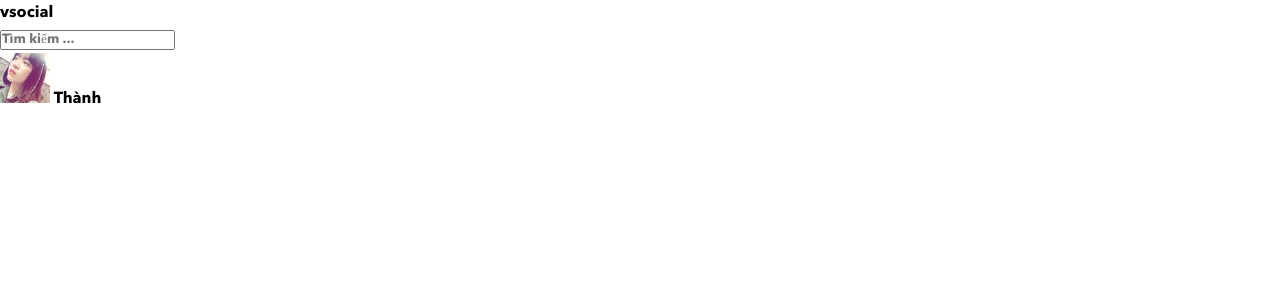
Repository: NHK1905/Social-project
Page: index.html
The author's editor kept a copy of each file at every save. The page is drawn from the files as they stood at one save, then again after the next save.
The browser window is 1280 px wide. The pictures show the whole page.

Above is the page before, as saved 2021-08-10 15:15:48.

### index.html
<!DOCTYPE html>
<html lang="en">
<head>
    <meta charset="UTF-8">
    <meta http-equiv="X-UA-Compatible" content="IE=edge">
    <meta name="viewport" content="width=device-width, initial-scale=1.0">
    <title>Social</title>
	<link rel="stylesheet" href="https://pro.fontawesome.com/releases/v5.15.3/css/all.css">
    <link rel="stylesheet" href="./main.css">
</head>
<body>
    <div class="app">
        <div class="header">
            <div class="header-nav">
                <div class="header-nav-brand">vsocial</div>
                <div class="header-nav-search">
                    <input type="text" class="header-nav-search-input" placeholder="Tìm kiếm ...">
                </div>
                <div class="header-nav-menu">
                    <div class="header-nav-menu-item menu-item-user">
                        <img src="./images/135564542_2954286254890951_3459403389545172640_n.jpeg" alt="" srcset="" class="header-nav-menu-item-img">
                        <span class="header-nav-menu-item-name"> Thành

                        </span>
                    </div>
                    <div class="header-nav-menu-item"></div>
                    <div class="header-nav-menu-item"></div>
                    <div class="header-nav-menu-item"></div>
                    <div class="header-nav-menu-item"></div>
                </div>
                <div class="header-nav-modal"></div>
            </div>
        </div>
        <div class="container"></div>
    </div>
</body>
</html>

### main.css
@font-face {
    font-family: AvenirNextLTProIt;
    src: url(./fonts/AvenirNextLTPro-It.otf);
}

@font-face {
    font-family: AvenirNextLTProRegular;
    src: url(./fonts/AvenirNextLTPro-Regular.otf);
}

@font-face {
    font-family: AvenirNextLTProBold;
    src: url(./fonts/AvenirNextLTPro-Bold.otf);
}

* {
    font-family: AvenirNextLTProBold;
    margin: 0;
    padding: 0;
    box-sizing: border-box;
}

:root {
    --clr-light: #f2f2f2;
    --clr-light-100: #e8e8e8;
    --clr-light-200: #d2d2d2;
    --clr-light-300: #c2c2c2;
    --clr-light-400: #b2b2b2;
    --clr-light-500: #a2a2a2;
    --clr-black: #565656;
    --clr-black-100: #464646;
    --clr-black-200: #363636;
    --clr-black-300: #262626;
    --clr-black-400: #161616;
    --clr-black-500: #000000;
}

html,
body,
#app {
    margin: 0;
    padding: 0;
    width: 100%;
    font-size: 1rem;
    line-height: 1.65;
    text-align: left;

}

After the next save:
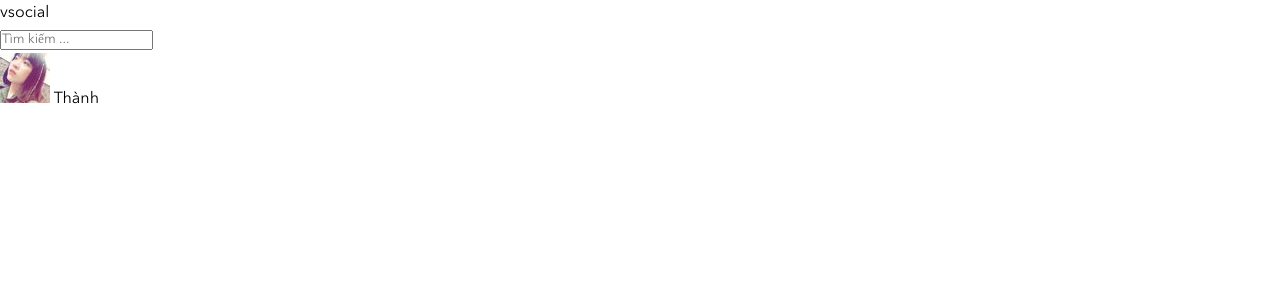
Saved 13 s later.
--- a/main.css
+++ b/main.css
@@ -14,7 +14,7 @@
 }
 
 * {
-    font-family: AvenirNextLTProBold;
+    font-family: AvenirNextLTProRegular;
     margin: 0;
     padding: 0;
     box-sizing: border-box;
